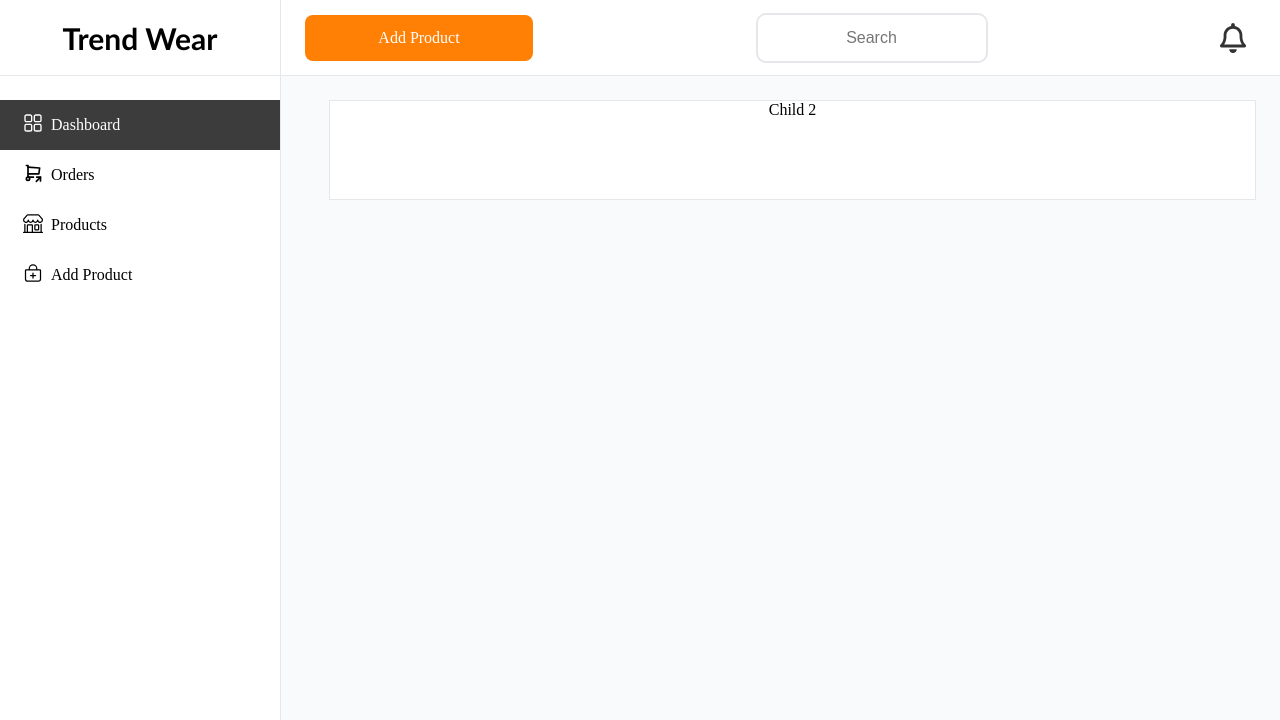
Repository: ahmad-dev7/TrendWear
Page: / (app in trend_wear_dashboard/)
These files come from the project's save history. The page is drawn as it stood at one moment and after the next save; the edit follows.
The browser window is 1280 px wide. The pictures show the whole page.
The project was rebuilt for these pictures with package versions that can differ from the ones it lists, and the page was loaded fresh each time. Also part of the build but not shown: trend_wear_dashboard/vite.config.ts.

Above is the page before, as saved 2025-01-20 00:11:32.

### trend_wear_dashboard/index.html
<!doctype html>
<html lang="en">

<head>
  <meta charset="UTF-8" />
  <link rel="icon" type="image/svg+xml" href="/vite.svg" />
  <meta name="viewport" content="width=device-width, initial-scale=1.0" />
  <title>Trend Wear</title>
</head>

<body>
  <div id="root"></div>
  <script type="module" src="/src/main.tsx"></script>
</body>

</html>

### trend_wear_dashboard/src/main.tsx
import { StrictMode } from "react";
import { createRoot } from "react-dom/client";
//import "bootstrap/dist/css/bootstrap.css";
import "./App.css";
import App from "./App.tsx";

createRoot(document.getElementById("root")!).render(
  <StrictMode>
    <App />
  </StrictMode>
);

### trend_wear_dashboard/src/App.css
body {
    background-color: #F9FAFB;
    padding: 0;
    margin: 0;
}

#parent {
    display: flex;
}

### trend_wear_dashboard/src/App.tsx
import { useState } from "react";
import Body from "./Components/Body/Body";
import Navbar from "./Components/Navbar/Navbar";
import Sidebar from "./Components/Sidebar/Sidebar";
import AddProducts from "./Components/AddProduct/AddProduct";
//import Dashboard from "./Components/Dashboard/Dashboard";

function App() {
  const [body, setBody] = useState("Dashboard");

  console.log(body);

  return (
    <div id="parent">
      <Sidebar onSelectTab={setBody} />
      <div style={{ flex: 1 }}>
        <Navbar />
        <Body>
          <AddProducts />
        </Body>
      </div>
    </div>
  );
}

export default App;

### trend_wear_dashboard/src/Components/Body/Body.tsx
// Body.tsx
import "./Body.css";

interface Props {
  children: React.ReactNode;
}

const Body = ({ children }: Props) => {
  return <div id="body-content">{children}</div>;
};

export default Body;

### trend_wear_dashboard/src/Components/Navbar/Navbar.tsx
import "./Navbar.css";
import { FaRegBell } from "react-icons/fa6";

const Navbar = () => {
  return (
    <div>
      <div id="top-navbar">
        <div className="nav-item add-product-button">Add Product</div>
        <input className="nav-item" placeholder="Search" type="text" />
        <FaRegBell className="nav-item icon"></FaRegBell>
      </div>
    </div>
  );
};

export default Navbar;

### trend_wear_dashboard/src/Components/Sidebar/Sidebar.tsx
import "./Sidebar.css";
import SidebarContent from "./SidebarContent";
import { RxDashboard } from "react-icons/rx";
import { TbShoppingCartShare } from "react-icons/tb";
import { BsShop } from "react-icons/bs";
import { IoBagAddOutline } from "react-icons/io5";

interface Props {
  onSelectTab: (tab: string) => void;
}

const Sidebar = ({ onSelectTab }: Props) => {
  interface Tabs {
    icon: JSX.Element;
    label: string;
  }

  const tabs: Tabs[] = [
    { label: "Dashboard", icon: <RxDashboard size={20} /> },
    { label: "Orders", icon: <TbShoppingCartShare size={20} /> },
    { label: "Products", icon: <BsShop size={20} /> },
    { label: "Add Product", icon: <IoBagAddOutline size={20} /> },
  ];

  return (
    <div id="sidebar">
      <div className="header">Trend Wear</div>
      <ul id="sidebar-content">
        <SidebarContent tabsList={tabs} onSelectTab={onSelectTab} />
      </ul>
    </div>
  );
};

export default Sidebar;

### trend_wear_dashboard/src/Components/AddProduct/AddProduct.tsx
import "./AddProduct.css";
import ProductDetails from "./ProductDetails";
const AddProduct = () => {
  return (
    <div className="parent">
      <ProductDetails />

      <div className="child ">Child 2</div>
    </div>
  );
};

export default AddProduct;

### trend_wear_dashboard/src/Components/Body/Body.css
#body-content {
    display: flex;
    flex-direction: column;
    margin: 24px;
    /* height: 100vh;
    width: 100%; */
    box-sizing: border-box;
}

### trend_wear_dashboard/src/Components/Navbar/Navbar.css
#top-navbar {
    display: flex;
    justify-content: space-between;
    align-items: center;
    /* padding: 0 24px; */
    background-color: white;
    height: 75px;
    width: 100%;
    border-bottom: 1px solid #e5e7eb;
}

.nav-item {
    font-size: 16px;
    color: #333;
    text-align: center;
    width: 200px;
    border-radius: 8px;
    padding: 14px;
    text-decoration: none;
}

.add-product-button {
    color: white;
    margin-left: 24px;
    background-color: #ff8005;
}

#top-navbar input {
    border: none;
    outline: 2px solid #e5e7eb;
    flex-grow: 1;
    max-width: 200px;
}

#top-navbar .icon {
    height: 30px;
    width: 30px;
    margin-right: 24px;
}

### trend_wear_dashboard/src/Components/Sidebar/Sidebar.css
/* Sidebar.css */
#sidebar {
    background-color: white;
    width: 280px;
    height: 100vh;
    border-right: 1px solid #e5e7eb;
}

#sidebar .header {
    display: flex;
    justify-content: center;
    align-items: center;
    height: 75px;
    font-size: 30px;
    font-weight: bold;
    font-family: 'Gill Sans', 'Gill Sans MT', Calibri, 'Trebuchet MS', sans-serif;
    background-color: white;
    text-align: center;
    border-bottom: 1px solid #e5e7eb;
}

#sidebar-content {
    list-style-type: none;
    margin-top: 24px;
    padding: 0;
    cursor: pointer;
}

#sidebar-content .tab {
    height: 50px;
    color: black;
    display: flex;
    align-items: center;
    padding-left: 15px;
}

.icon {
    padding: 8px;
}

#sidebar-content .active {
    background-color: #3c3c3c;
    color: white;
}

#sidebar-content .tab:hover:not(.active) {
    background-color: #e5e7eb;
}

### trend_wear_dashboard/src/Components/Sidebar/SidebarContent.tsx
import "./Sidebar.css";
import { useState } from "react";

interface Tabs {
  icon: JSX.Element;
  label: string;
}

interface Props {
  tabsList: Tabs[];
  onSelectTab: (tab: string) => void;
}

const SidebarContent = ({ tabsList, onSelectTab }: Props) => {
  const [active, setTab] = useState("Dashboard");
  return (
    <>
      {tabsList.map((tab) => (
        <li
          key={tab.label}
          className={"tab " + (tab.label == active && "active")}
          onClick={() => {
            setTab(tab.label);
            onSelectTab(tab.label);
          }}
        >
          <div className="icon">{tab.icon}</div>
          <div className="label">{tab.label}</div>
        </li>
      ))}
    </>
  );
};

export default SidebarContent;

### trend_wear_dashboard/src/Components/AddProduct/AddProduct.css
/* AddProduct.css */
.parent {
    display: flex;
    width: 100%;
    height: 100px;
    gap: 24px;
    box-sizing: border-box;
}

.child {
    flex: 1;
    text-align: center;
    background-color: white;
    border: 1px solid #e5e7eb;
}

### trend_wear_dashboard/src/Components/AddProduct/ProductDetails.tsx
const ProductDetails = () => {
  return <div></div>;
};

export default ProductDetails;

After the next save:
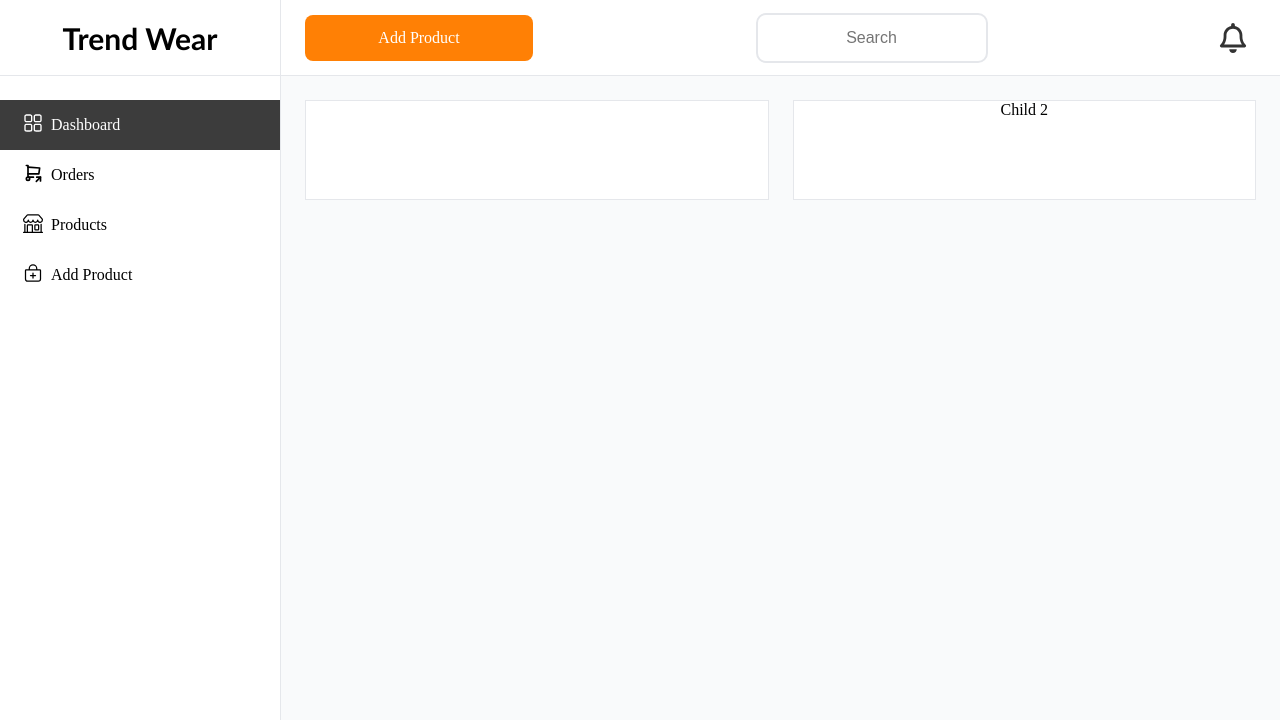
Saved 37 s later.
--- a/trend_wear_dashboard/src/Components/AddProduct/AddProduct.tsx
+++ b/trend_wear_dashboard/src/Components/AddProduct/AddProduct.tsx
@@ -3,7 +3,9 @@ import ProductDetails from "./ProductDetails";
 const AddProduct = () => {
   return (
     <div className="parent">
-      <ProductDetails />
+      <div className="child">
+        <ProductDetails />
+      </div>
 
       <div className="child ">Child 2</div>
     </div>
